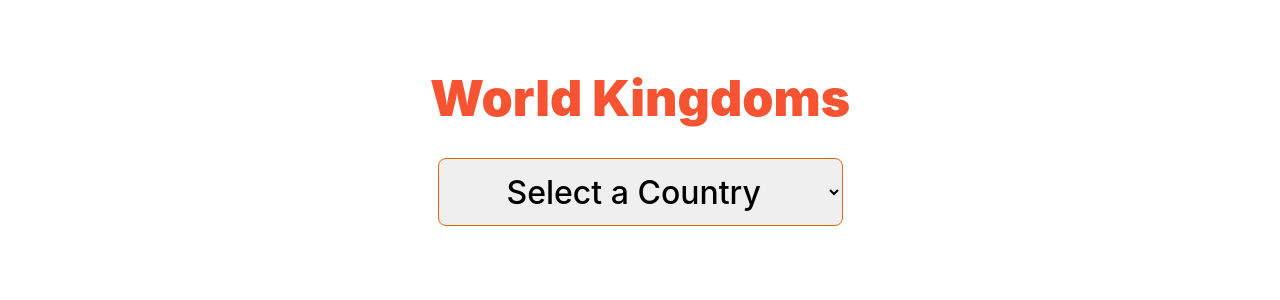
Repository: GloGlorGloria/COMP3170-lab7
Page: /
An editor plug-in stored every save of this project. The page is shown before and after the next save, followed by the edit.
The browser window is 1280 px wide. The pictures show the whole page.
The pointer rests on the first visible `.dropdown`.
The page's requests for data from a server got no answer. The project was rebuilt for these pictures with package versions that can differ from the ones it lists, and the page was loaded fresh each time. No one was signed in, and anything a server would have sent is missing. Also part of the build but not shown: vite.config.js, src/components/Details.jsx.

Above is the page before, as saved 2024-11-24 02:20:57.

### index.html
<!doctype html>
<html lang="en">
  <head>
    <meta charset="UTF-8" />
    <link rel="icon" type="image/svg+xml" href="/Globe icon.png" />
    <meta name="viewport" content="width=device-width, initial-scale=1.0" />
    <title>World Kingdoms</title>
  </head>
  <body>
    <div id="root"></div>
    <script type="module" src="/src/main.jsx"></script>
  </body>
</html>

### src/index.css
:root {
  font-family: Inter, system-ui, Avenir, Helvetica, Arial, sans-serif;
  line-height: 1.5;
  font-weight: 400;

  color-scheme: light dark;
  color: rgba(255, 255, 255, 0.87);
  background-color: #242424;

  font-synthesis: none;
  text-rendering: optimizeLegibility;
  -webkit-font-smoothing: antialiased;
  -moz-osx-font-smoothing: grayscale;
}

a {
  font-size: 50px;
  font-weight: 900;
  color: #f55332;
  text-decoration: inherit;
}
a:hover {
  color: #e3690c;
}


/* h1 {
  font-size: 50px;
  line-height: 1.1;
}

h1:hover{
  color: #ed9614;
} */

.dropdown {
  border-radius: 8px;
  justify-content: center;
  border: 1px solid #e3690c;
  padding: 0.4em 2em;
  font-size: 2em;
  font-weight: 500;
  font-family: inherit;
  cursor: pointer;
}
.dropdown:hover {
  border-color: ;
}


@media (prefers-color-scheme: light) {
  :root {
    color: #213547;
    background-color: #ffffff;
  }
  a:hover {
    color: #747bff;
  }
  button {
    background-color: #f9f9f9;
  }
}

### src/App.jsx
import { BrowserRouter, Routes, Route } from 'react-router-dom';
import Countries from './components/Countries';
import Details from './components/Details';
import './App.css'

function App() {
  return (
       <BrowserRouter>
          <Routes>
          <Route path="/" element={<Countries />}>
            <Route path="/countries/:cca2?" element={<Details />}>
            </Route>
          </Route>
        </Routes>
       </BrowserRouter>
  );
}

export default App

### src/components/Countries.jsx
import { useEffect, useState } from 'react';
import {useNavigate, NavLink, Outlet} from "react-router-dom";


export default function Countries() {
  const [countries, setCountries] = useState([]);
  const [selectedOption, setSelectedOption] = useState("Select a Country");
  const [fetchStatus, setFetchStatus] = useState('idle');
  const navigate = useNavigate();
  const isLoading = fetchStatus === 'loading';
  const isError = fetchStatus === 'error';

  useEffect(() => {
    async function fetchData() {
      try {
        setFetchStatus('loading');
        const response = await fetch('https://restcountries.com/v3.1/name/kingdom');
        if (!response.ok) {
          throw new Error ('Failed to fetch countries');
        }
        const data = await response.json();
        setCountries(data);
        setFetchStatus('idle');
        console.log(countries);
      } catch(e){
        setFetchStatus('error');
        console.error(e.message);
      }
    }
    fetchData();
  }, []);

  useEffect(() => {
    if (location.pathname === "/") {
      setSelectedOption("Select a Country");
    }
  }, [location]);


  const handleCountrySelect = (event) => {
    const countryName = event.target.value;
    setSelectedOption(countryName);

    if (countryName === "Select a Country") {
      navigate("/");
      return;
    }

    const selectedCountry = countries.find((country) => country.name.common === countryName);

    if (selectedCountry) {
    navigate(`/countries/${selectedCountry.cca2}`, { state: {selectedCountry} });
  }};

  return (
    <div>
      <h1>
        <NavLink
        to="/"
        onClick={() => setSelectedOption("Select a Country")}
        >World Kingdoms</NavLink>
      </h1>
      <div className='select_container'>
        <select className='dropdown' value={selectedOption} onChange={handleCountrySelect} >
          <option>Select a Country</option>
          {countries.map((country, index) => (
            <option
            key={index}
            value={country.name.common}
            >
            {country.name.common}
            </option>
          ))}
        </select>
      </div>

      <Outlet/>
      </div>
    );
  };

Loaded but not shown: src/main.jsx (common file); src/App.css (common file)

After the next save:
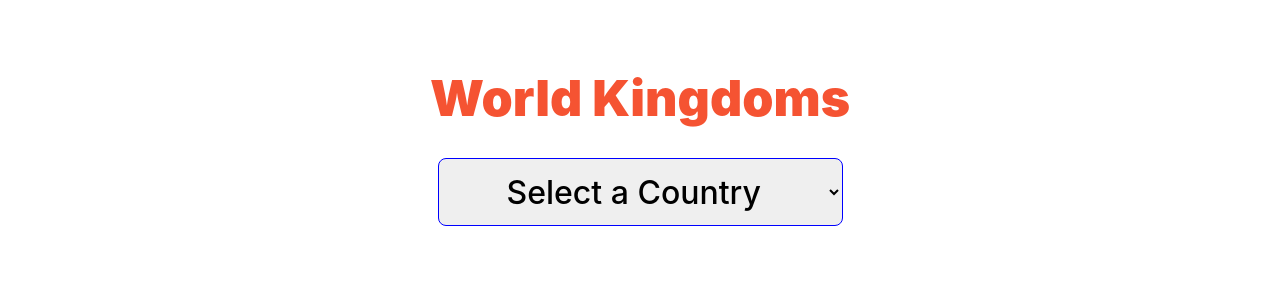
Saved 20 s later.
--- a/src/index.css
+++ b/src/index.css
@@ -44,7 +44,7 @@ h1:hover{
   cursor: pointer;
 }
 .dropdown:hover {
-  border-color: ;
+  border-color: blue ;
 }
 
 
